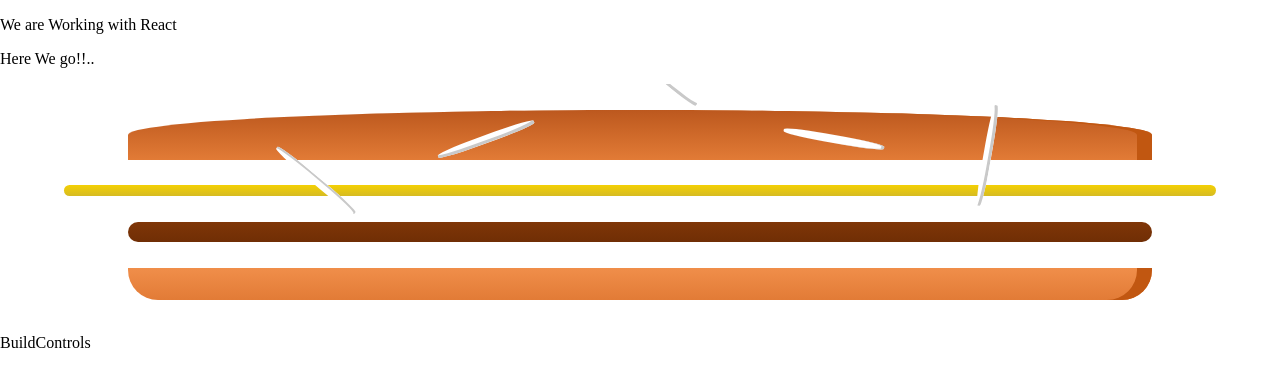
Repository: PiyushRajmsit/React-Burger-Building-App
Page: /
These files come from the project's save history. The page is drawn as it stood at one moment and after the next save; the edit follows.
The browser window is 1280 px wide. The pictures show the whole page.
The project was rebuilt for these pictures with package versions that can differ from the ones it lists, and the page was loaded fresh each time. Also part of the build but not shown: src/App.module.css.

Above is the page before, as saved 2020-06-07 03:03:44.

After the next save:
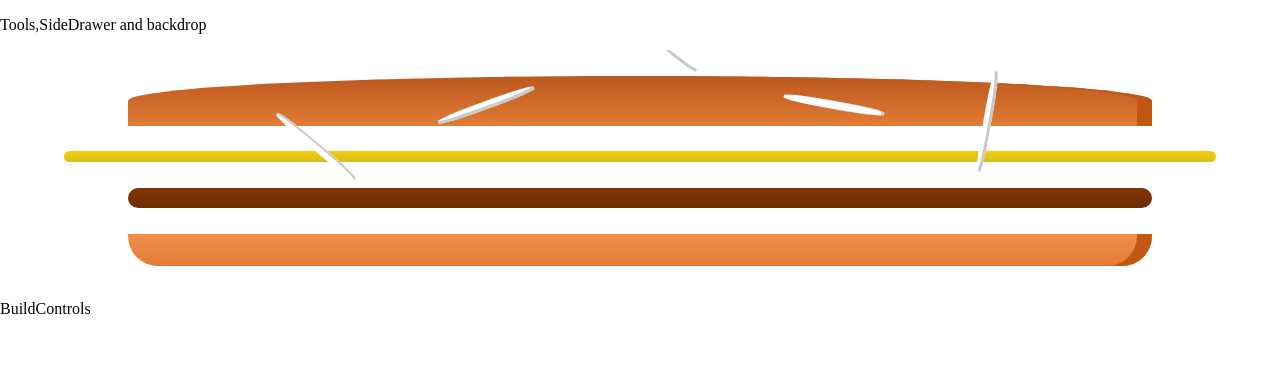
Saved 70 s later.
--- a/src/App.js
+++ b/src/App.js
@@ -12,8 +12,7 @@ class App extends Component{
       <Layout>
 
         <div>
-            <p> We are Working with React </p>
-            <p> Here We go!!..</p>
+            <p> Tools,SideDrawer and backdrop </p>
             <BurgerBuilder/>
         </div>
       </Layout>
